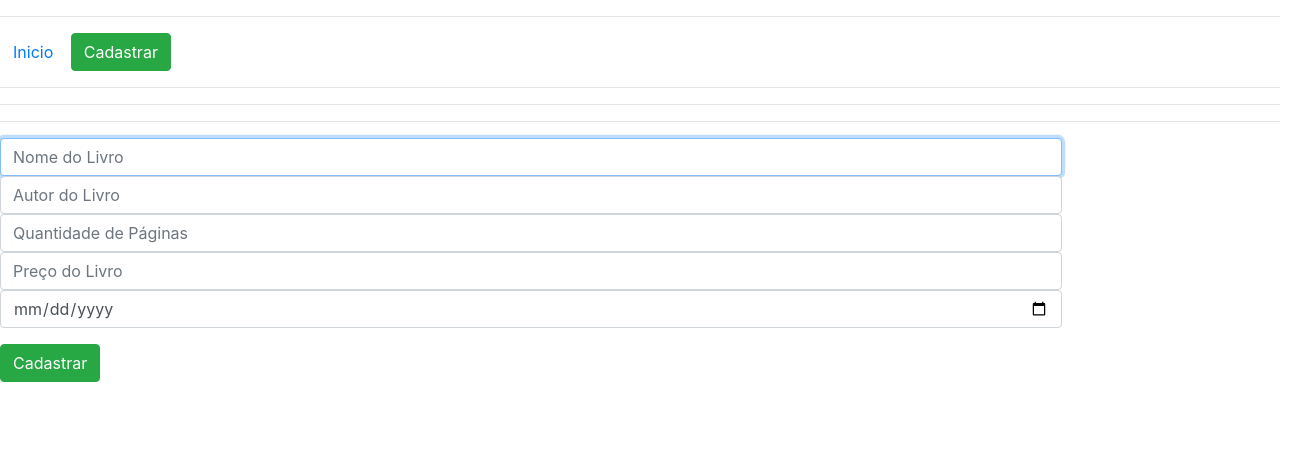
Repository: zz4fff/CRUD-MVC-PHP
Page: http://localhost/view/cadastro.php
The author's editor kept a copy of each file at every save. The page is drawn from the files as they stood at one save, then again after the next save.
The browser window is 1280 px wide. The page is 1295 px wide, so the pictures cover 1295 px, including what lies to the right of the window. The pictures show the whole page.
The page is run by PHP 8.4 with error messages shown; the project is at /var/www/html/.

Above is the page before, as saved 2025-01-31 07:31:25.

After the next save:
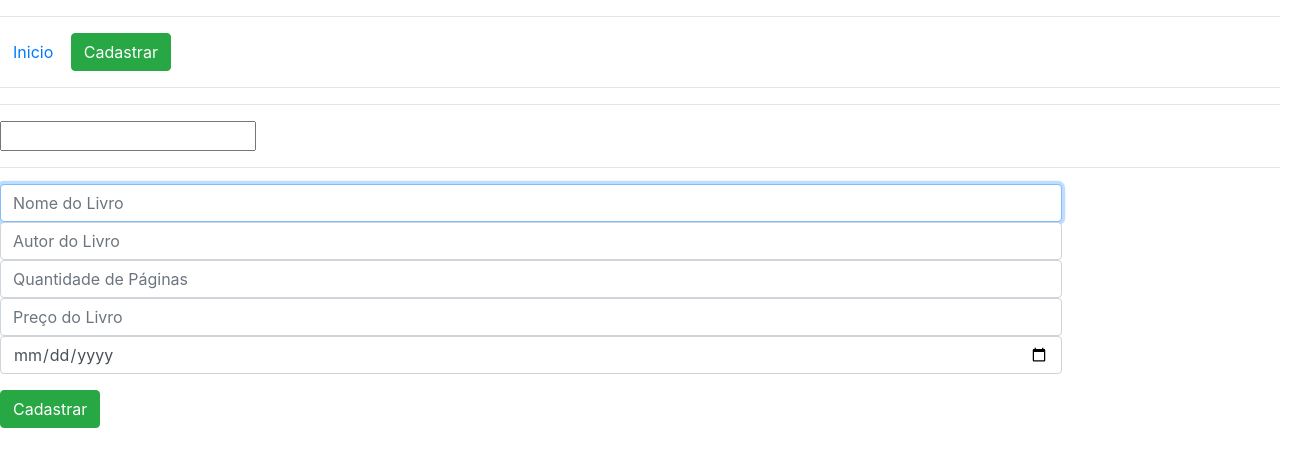
Saved 31 s later.
--- a/view/menu.php
+++ b/view/menu.php
@@ -4,5 +4,5 @@
 <hr>
 
 <hr>
-
+  <input type="input" value="">
 <hr>
